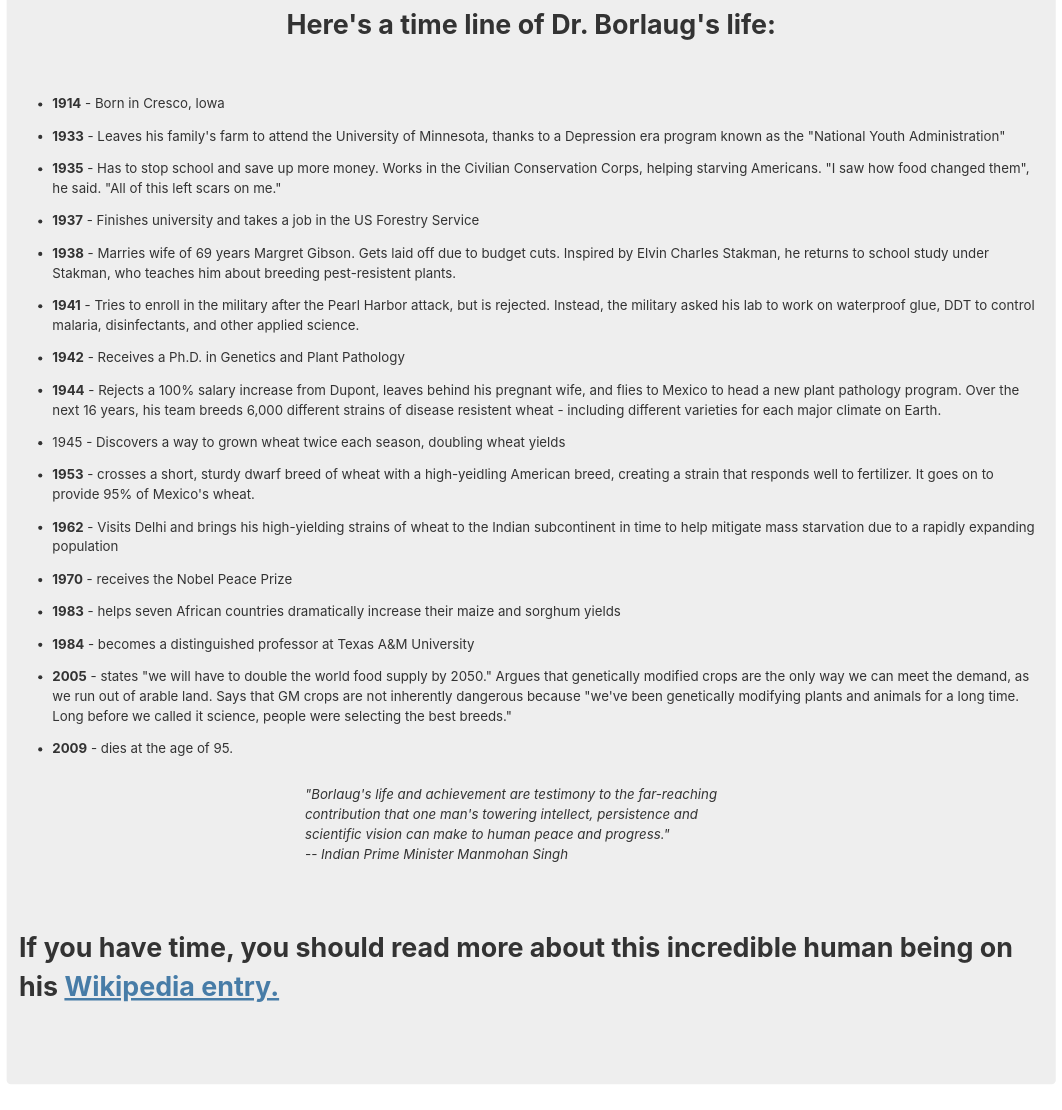
Repository: Lungdjos/tribute-page-certificate
Page: index.html
These files come from the project's save history. The page is drawn as it stood at one moment and after the next save; the edit follows.
The browser window is 1280 px wide. The pictures show the part of the page from y = 544 to 1881 px (the page is 1881 px tall before and 1781 px after), at 83% of full size.
A picture or video elsewhere on the page could not be fetched, so the positions and the page height are approximate.

Above is the page before, as saved 2023-10-30 12:52:07.

### index.html
<!DOCTYPE html>
<html lang="en">

<head>
    <meta charset="UTF-8">
    <meta name="viewport" content="width=device-width, initial-scale=1.0">
    <title>Document</title>
    <link rel="stylesheet" href="styles.css">
</head>

<body>
    <main id="main">
        <h1 id="title">Dr. Norman Borlaug</h1>
        <p>The man who saved a billion lives</p>
        <div id="img-div">
            <img id="image" src="https://cdn.freecodecamp.org/testable-projects-fcc/images/tribute-page-main-image.jpg" alt="">
            <figcaption id="img-caption">Dr. Norman Borlaug, third from the left, trains biologists in Mexico on how to increase wheat yields - part of his life-long war on hunger.</figcaption>
        </div>
        <div id="tribute-info">
            <h2>Here's a time line of Dr. Borlaug's life:</h2>
            <ul>
                <li><strong>1914</strong> - Born in Cresco, lowa</li>
                <li><strong>1933</strong> - Leaves his family's farm to attend the University of Minnesota, thanks to a Depression era program known as the "National Youth Administration"</li>
                <li><strong>1935</strong> - Has to stop school and save up more money. Works in the Civilian Conservation Corps, helping starving Americans. "I saw how food changed them", he said. "All of this left scars on me."</li>
                <li><strong>1937</strong> - Finishes university and takes a job in the US Forestry Service</li>
                <li><strong>1938</strong> - Marries wife of 69 years Margret Gibson. Gets laid off due to budget cuts. Inspired by Elvin Charles Stakman, he returns to school study under Stakman, who teaches him about breeding pest-resistent plants.</li>
                <li><strong>1941</strong> - Tries to enroll in the military after the Pearl Harbor attack, but is rejected. Instead, the military asked his lab to work on waterproof glue, DDT to control malaria, disinfectants, and other applied science.</li>
                <li><strong>1942</strong> - Receives a Ph.D. in Genetics and Plant Pathology</li>
                <li><strong>1944</strong> - Rejects a 100% salary increase from Dupont, leaves behind his pregnant wife, and flies to Mexico to head a new plant pathology program. Over the next 16 years, his team breeds 6,000 different strains of disease
                    resistent wheat - including different varieties for each major climate on Earth.</li>
                <li>1945<strong></strong> - Discovers a way to grown wheat twice each season, doubling wheat yields</li>
                <li><strong>1953</strong> - crosses a short, sturdy dwarf breed of wheat with a high-yeidling American breed, creating a strain that responds well to fertilizer. It goes on to provide 95% of Mexico's wheat.</li>
                <li><strong>1962</strong> - Visits Delhi and brings his high-yielding strains of wheat to the Indian subcontinent in time to help mitigate mass starvation due to a rapidly expanding population</li>
                <li><strong>1970</strong> - receives the Nobel Peace Prize</li>
                <li><strong>1983</strong> - helps seven African countries dramatically increase their maize and sorghum yields</li>
                <li><strong>1984</strong> - becomes a distinguished professor at Texas A&M University</li>
                <li><strong>2005</strong> - states "we will have to double the world food supply by 2050." Argues that genetically modified crops are the only way we can meet the demand, as we run out of arable land. Says that GM crops are not inherently
                    dangerous because "we've been genetically modifying plants and animals for a long time. Long before we called it science, people were selecting the best breeds."</li>
                <li><strong>2009</strong> - dies at the age of 95.</li>

            </ul>
            <blockquote>"Borlaug's life and achievement are testimony to the far-reaching contribution that one man's towering intellect, persistence and scientific vision can make to human peace and progress."<br> -- Indian Prime Minister Manmohan Singh</blockquote>
            <h2 class="foot">If you have time, you should read more about this incredible human being on his
                <a href="https://en.wikipedia.org/wiki/Norman_Borlaug" target="_blank" id="tribute-link">Wikipedia entry.</a></h2>
        </div>
    </main>

</body>

</html>

### styles.css
    html {
        font-size: 10px;
    }

    body {
        background: #fff;
        text-align: center;
        color: #333;
        margin: 0;
        line-height: 1.2;
        font-size: 1.6rem;
        font-family: -apple-system, BlinkMacSystemFont, 'Segoe UI', 'Roboto', 'Helvetica Neue', Arial, sans-serif;
    }

    h1 {
        font-size: 4rem;
        margin-top: 0;
    }

    @media (max-width: 40px) {
        h1 {
            font-size: 3.5rem;
            line-height: 1.2;
        }
    }

    h2 {
        font-size: 3.23rem;
    }

    #main {
        background: #eee;
        margin: 30px 8px;
        border-radius: 5px;
        padding: 15px;
    }

    @media (max-width: 460px) {
        #main {
            margin: 0;
        }
    }
    /* image styling */

    #img-div {
        background: #fff;
        padding: 10px;
        margin: 0;
    }

    #img-caption {
        margin: 15px 0;
    }

    img {
        max-width: 100%;
        display: block;
        height: auto;
        margin: 0 auto;
    }
    /* tribute infomation */

    #tribute-info {
        display: flex;
        justify-content: center;
        flex-wrap: wrap;
        line-height: 1.5;
        text-align: left;
        margin: 0 auto 50px auto;
    }

    ul {}

    li {
        margin: 15px 0;
    }
    /* styling at the bottom */

    blockquote {
        font-style: italic;
        max-width: 545px;
        margin: 0 auto 50px auto;
        text-align: left;
    }

    a {
        color: #477ca7;
    }

    a:visited {
        color: #74638f;
    }

After the next save:
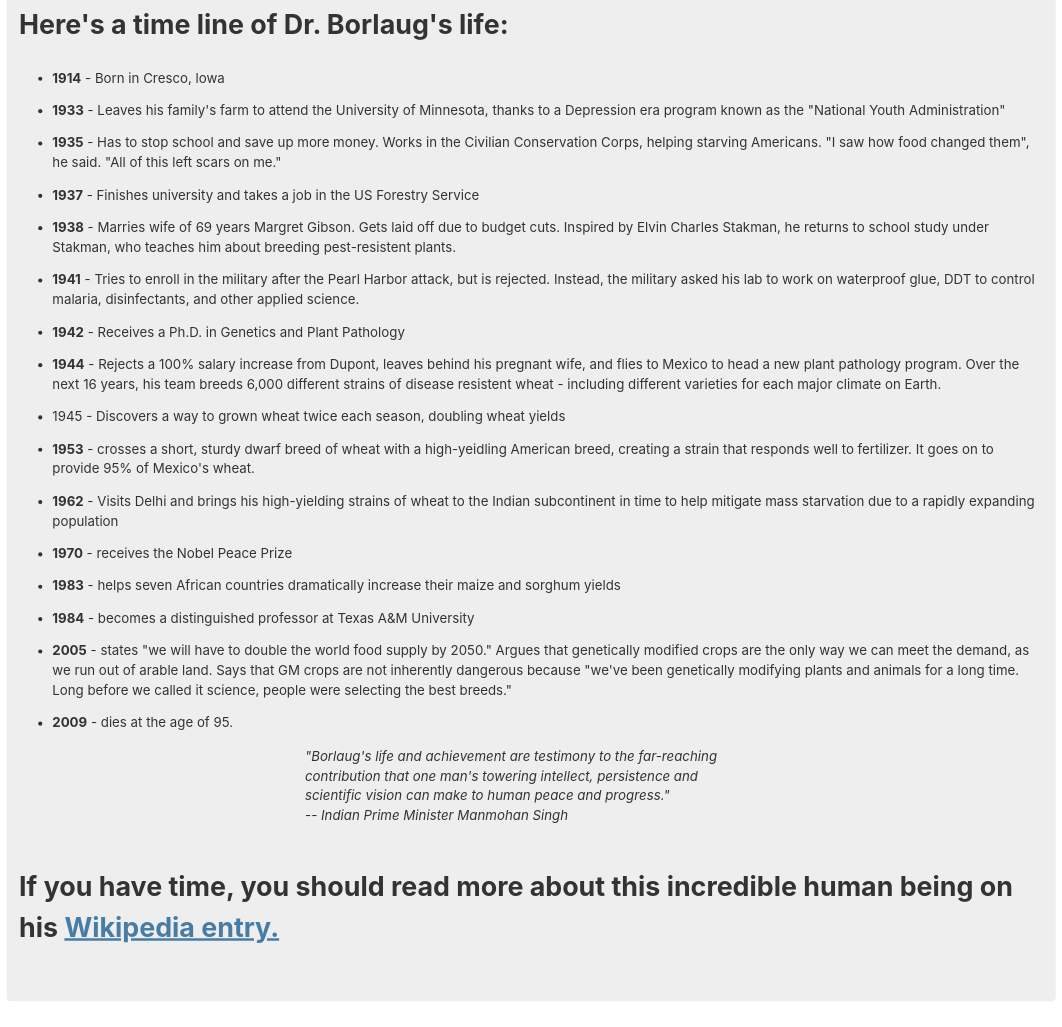
Saved 14 s later.
--- a/styles.css
+++ b/styles.css
@@ -61,9 +61,6 @@
     /* tribute infomation */
 
     #tribute-info {
-        display: flex;
-        justify-content: center;
-        flex-wrap: wrap;
         line-height: 1.5;
         text-align: left;
         margin: 0 auto 50px auto;
